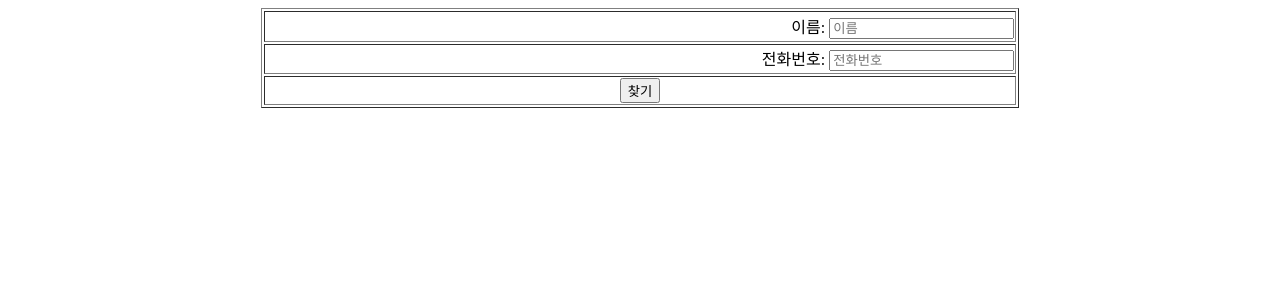
Repository: leeseokh/jquery
Page: workspace/MemberPj/WebContent/html/아디, 비번 찾기/id찾기.html
An editor plug-in stored every save of this project. The page is shown before and after the next save, followed by the edit.
The browser window is 1280 px wide. The pictures show the whole page.

Above is the page before, as saved 2021-06-18 00:09:58.

After the next save:
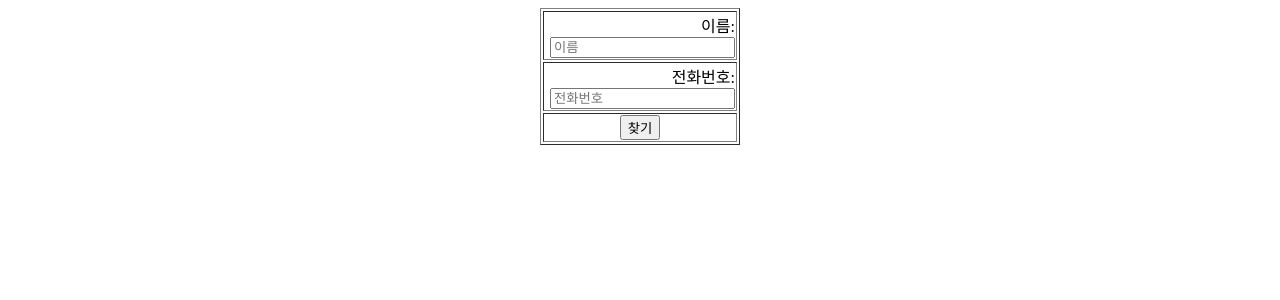
Saved 13 s later.
--- a/workspace/MemberPj/WebContent/html/아디, 비번 찾기/id찾기.html
+++ b/workspace/MemberPj/WebContent/html/아디, 비번 찾기/id찾기.html
@@ -9,7 +9,7 @@
 
 		}
 		table{
-			width:60%;
+			width:200px;
 			height:100px;
 			margin:auto;
 			text-align: center;
